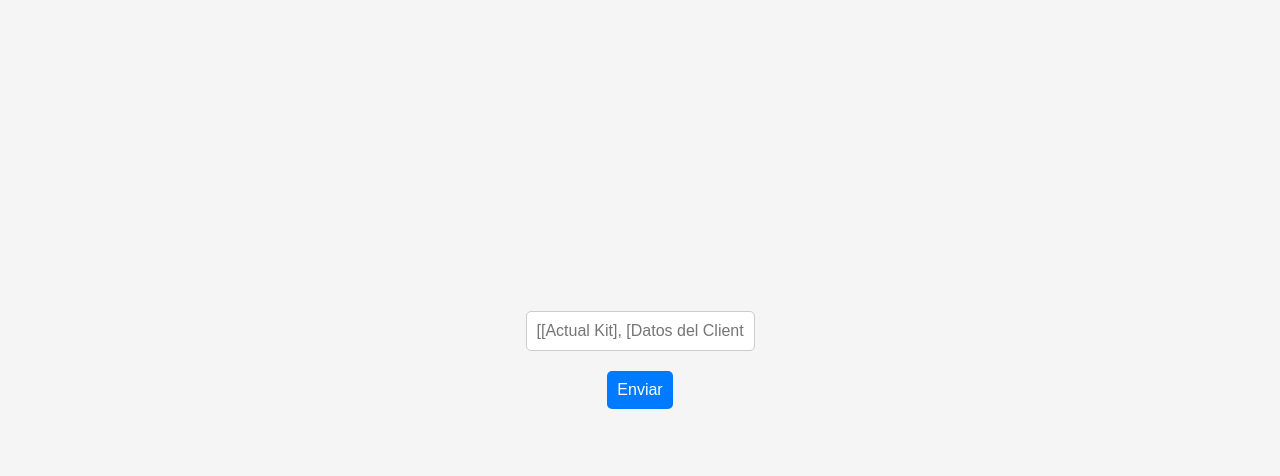
Repository: aCoupon0/intranet
Page: 1/venta-1.html
These files come from the project's save history. The page is drawn as it stood at one moment and after the next save; the edit follows.
The browser window is 1280 px wide. The pictures show the whole page.

Above is the page before, as saved 2024-11-29 12:04:49.

### 1/venta-1.html
<!DOCTYPE html>
<html lang="es">
<head>
    <meta charset="UTF-8">
    <meta name="viewport" content="width=device-width, initial-scale=1.0">
    <title>Intranet DermaBox</title>
    <link rel="stylesheet" href="css/venta.css">
</head>
<body>
    <!-- Input de texto grande -->
    <input
        type="text"
        placeholder="[[Actual Kit], [Datos del Cliente], Número de Pedido, Cobro, Método de Pago]"
        class="input-texto">

    <!-- Botón separado del input -->
    <button class="boton-enviar">Enviar</button>
</body>
</html>

### css/venta.css
body {
    font-family: 'Roboto', system-ui, -apple-system, BlinkMacSystemFont, 'Segoe UI', sans-serif;
    margin: 0;
    padding: 0;
    display: flex;
    justify-content: center;
    align-items: center;
    height: 100vh;
    flex-direction: column;
    background-color: #f5f5f5;
    color: #333;
    gap: 1.5vw;
}

form {
    display: flex;
    flex-direction: column;
    gap: 10px;
    width: 300px;
}

.input-texto {
    padding: 10px;
    font-size: 16px;
    border: 1px solid #ccc;
    border-radius: 5px;
}

.boton-enviar {
    padding: 10px;
    font-size: 16px;
    background-color: #007BFF;
    color: white;
    border: none;
    border-radius: 5px;
    cursor: pointer;
    transition: background-color 0.3s;
}

.boton-enviar:hover {
    background-color: #0056b3;
}

After the next save:
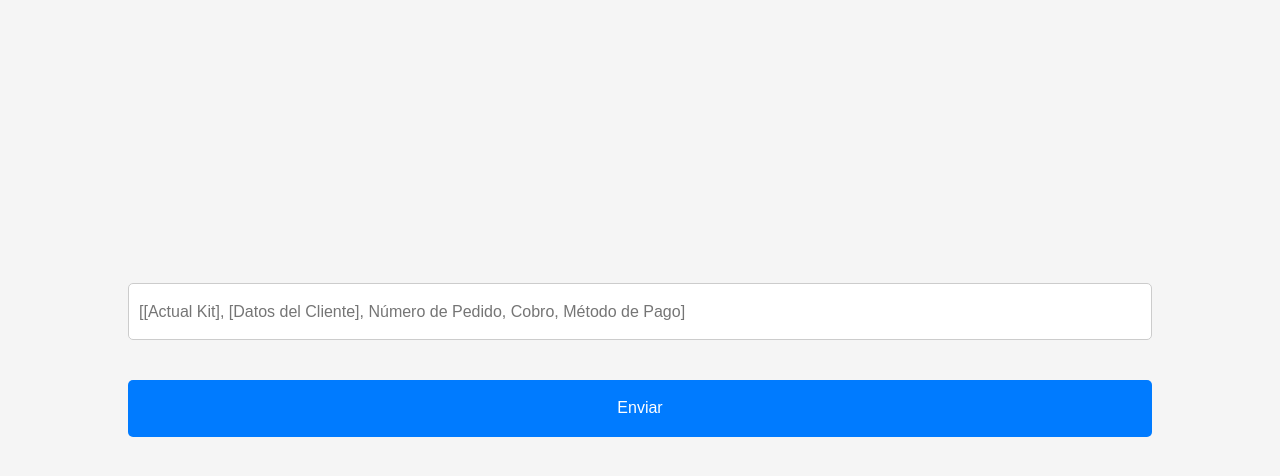
Saved 23 s later.
--- a/css/venta.css
+++ b/css/venta.css
@@ -12,29 +12,29 @@
     gap: 1.5vw;
 }
 
-form {
-    display: flex;
-    flex-direction: column;
-    gap: 10px;
-    width: 300px;
-}
-
 .input-texto {
+    width: 80%; /* Ocupa el 80% del ancho del contenedor */
+    height: 8vh; /* Altura dinámica según el viewport */
     padding: 10px;
-    font-size: 16px;
+    font-size: 1rem;
     border: 1px solid #ccc;
     border-radius: 5px;
+    margin-bottom: 20px; /* Separación del botón */
+    box-sizing: border-box;
 }
 
 .boton-enviar {
+    width: 80%; /* Mismo ancho que el input */
     padding: 10px;
-    font-size: 16px;
+    height: 8vh; /* Misma altura que el input */
+    font-size: 1rem;
     background-color: #007BFF;
     color: white;
     border: none;
     border-radius: 5px;
     cursor: pointer;
     transition: background-color 0.3s;
+    text-align: center;
 }
 
 .boton-enviar:hover {
